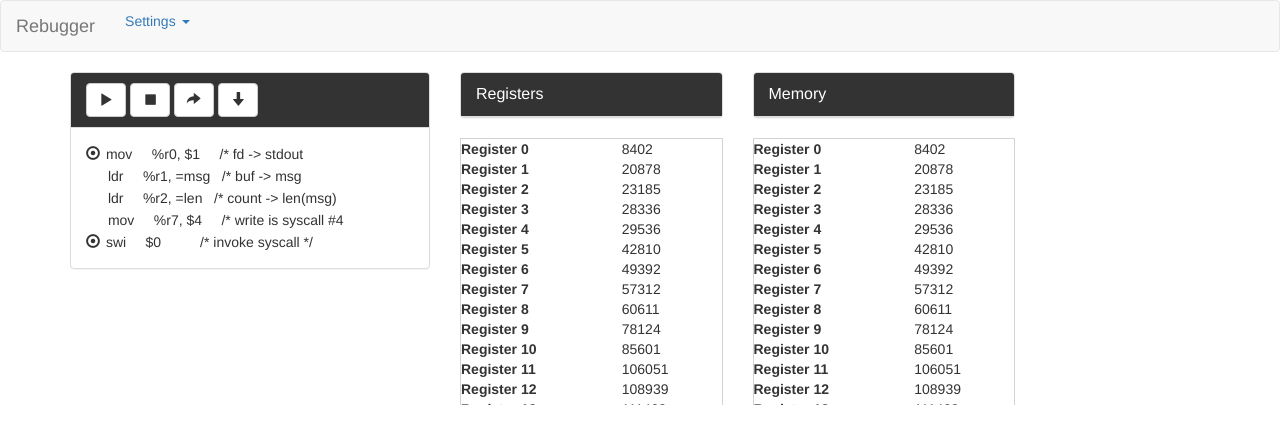
Repository: sadcyclops/Rebugger
Page: Rebugger/WebContent/index.html
The author's editor kept a copy of each file at every save. The page is drawn from the files as they stood at one save, then again after the next save.
The browser window is 1280 px wide. The pictures show the whole page.
Some web libraries are served in a nearby version.

Above is the page before, as saved 2016-10-08 11:50:52.

After the next save:
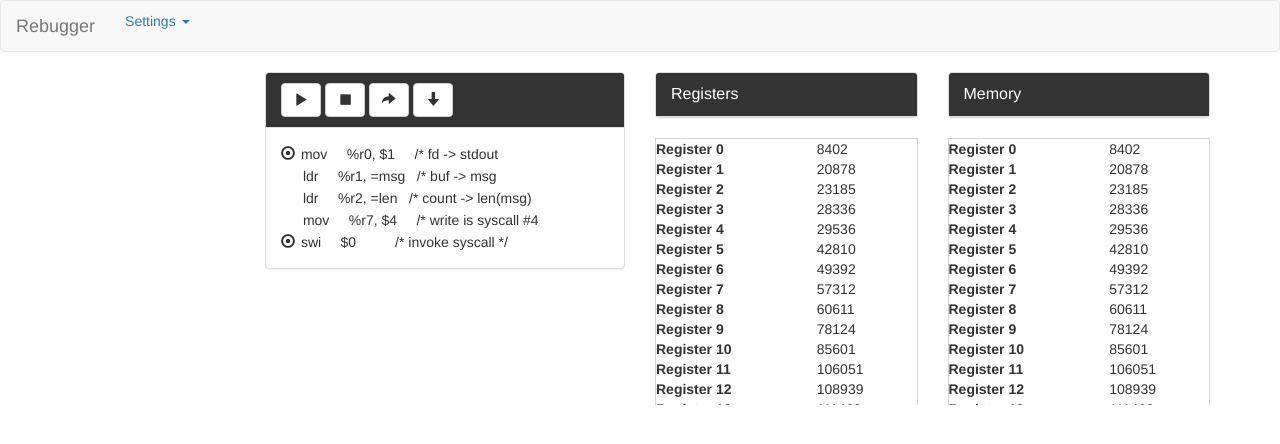
Saved 11 min 38 s later.
--- a/Rebugger/WebContent/index.html
+++ b/Rebugger/WebContent/index.html
@@ -37,6 +37,9 @@
 
     <div class="container">
         <div ng-controller='memoryController' class="row">
+        	<div class="col-md-2 col-xs-6" ng-include="'partials/CPUInfo.html'">
+
+            </div>
             <!-- Hold the text editor -->
             <div class="col-md-4 col-xs-9" ng-include="'partials/TextEditor.html'">
 
@@ -49,9 +52,6 @@
             <div class="col-md-3 col-xs-6" ng-include="'partials/Memory.html'">
 
             </div>
-            <div class="col-md-2 col-xs-6" ng-include="'partials/CPUInfo.html'">
-
-            </div>
         </div>
     </div>
 
